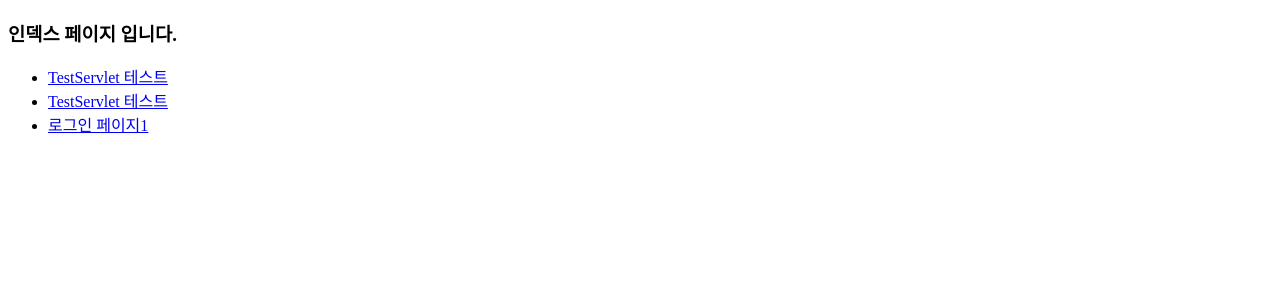
Repository: hyunhee7/web_work
Page: Step03_RequestMethod/WebContent/index.html
The author's editor kept a copy of each file at every save. The page is drawn from the files as they stood at one save, then again after a run of saves.
The browser window is 1280 px wide. The pictures show the whole page.

Above is the page before, as saved 2017-06-21 02:56:34.

### Step03_RequestMethod/WebContent/index.html
<!DOCTYPE html>
<html>
<head>
<meta charset="UTF-8">
<title>index.html</title>
</head>
<body>
	<h3>인덱스 페이지 입니다.</h3>
	<ul>
		<li><a href="test?num=1&name=gura">TestServlet 테스트</a></li>
		<li><a href="test?num=2&name=monkey">TestServlet 테스트</a></li>
		<li><a href="member/signin_form.html">로그인 페이지1</a></li>
		<!-- a 는 무조건 get방식 -->
	</ul>
</body>
</html>

After the next 2 saves:
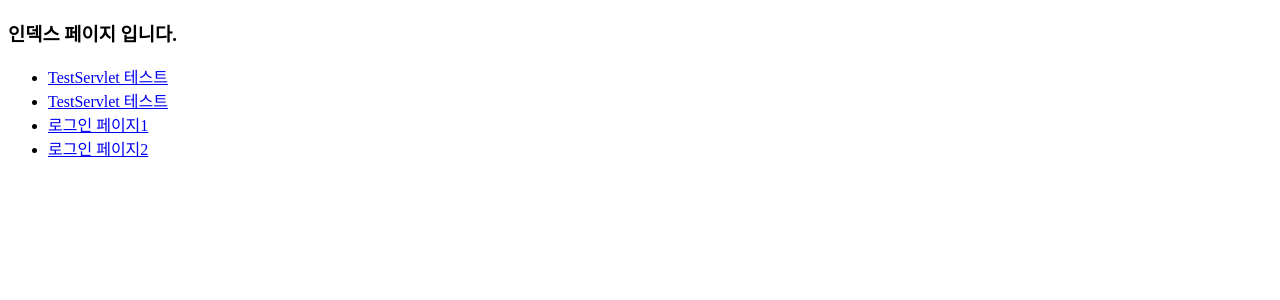
The 2 saves are shown as one change because they came seconds apart.
The last was saved 26 s later.
--- a/Step03_RequestMethod/WebContent/index.html
+++ b/Step03_RequestMethod/WebContent/index.html
@@ -10,6 +10,7 @@
 		<li><a href="test?num=1&name=gura">TestServlet 테스트</a></li>
 		<li><a href="test?num=2&name=monkey">TestServlet 테스트</a></li>
 		<li><a href="member/signin_form.html">로그인 페이지1</a></li>
+		<li><a href="member/signin_form2.html">로그인 페이지2</a></li>
 		<!-- a 는 무조건 get방식 -->
 	</ul>
 </body>
